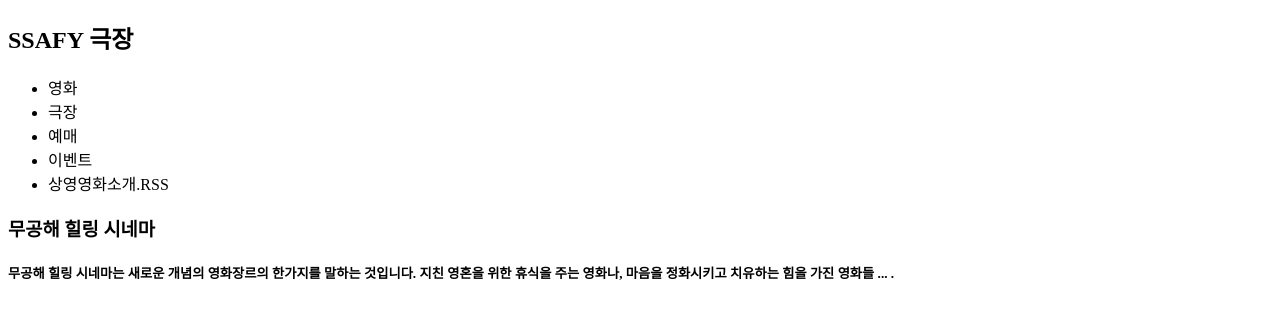
Repository: Seonhanbit/dev
Page: work_frontend/ws_frontend_0826_선한빛/WebContent/index.html
The author's editor kept a copy of each file at every save. The page is drawn from the files as they stood at one save, then again after the next save.
The browser window is 1280 px wide. The pictures show the whole page.

Above is the page before, as saved 2019-08-26 07:02:54.

After the next save:
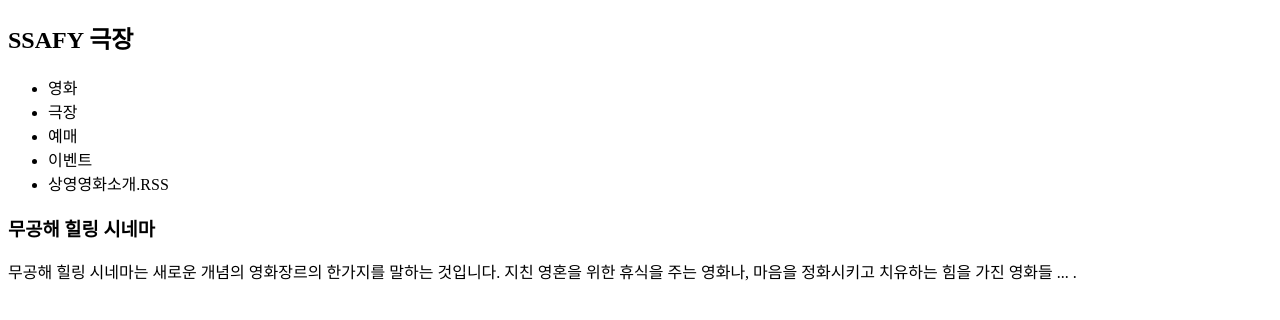
Saved 12 s later.
--- a/work_frontend/ws_frontend_0826_선한빛/WebContent/index.html
+++ b/work_frontend/ws_frontend_0826_선한빛/WebContent/index.html
@@ -17,8 +17,8 @@
 	</section>
 	<section>
 		<h3>무공해 힐링 시네마</h3>
-		<h5>무공해 힐링 시네마는 새로운 개념의 영화장르의 한가지를 말하는 것입니다. 지친 영혼을 위한
-		휴식을 주는 영화나, 마음을 정화시키고 치유하는 힘을 가진 영화들 ... .</h5>
+		<p>무공해 힐링 시네마는 새로운 개념의 영화장르의 한가지를 말하는 것입니다. 지친 영혼을 위한
+		휴식을 주는 영화나, 마음을 정화시키고 치유하는 힘을 가진 영화들 ... .</p>
 	</section>
 </body>
 </html>
